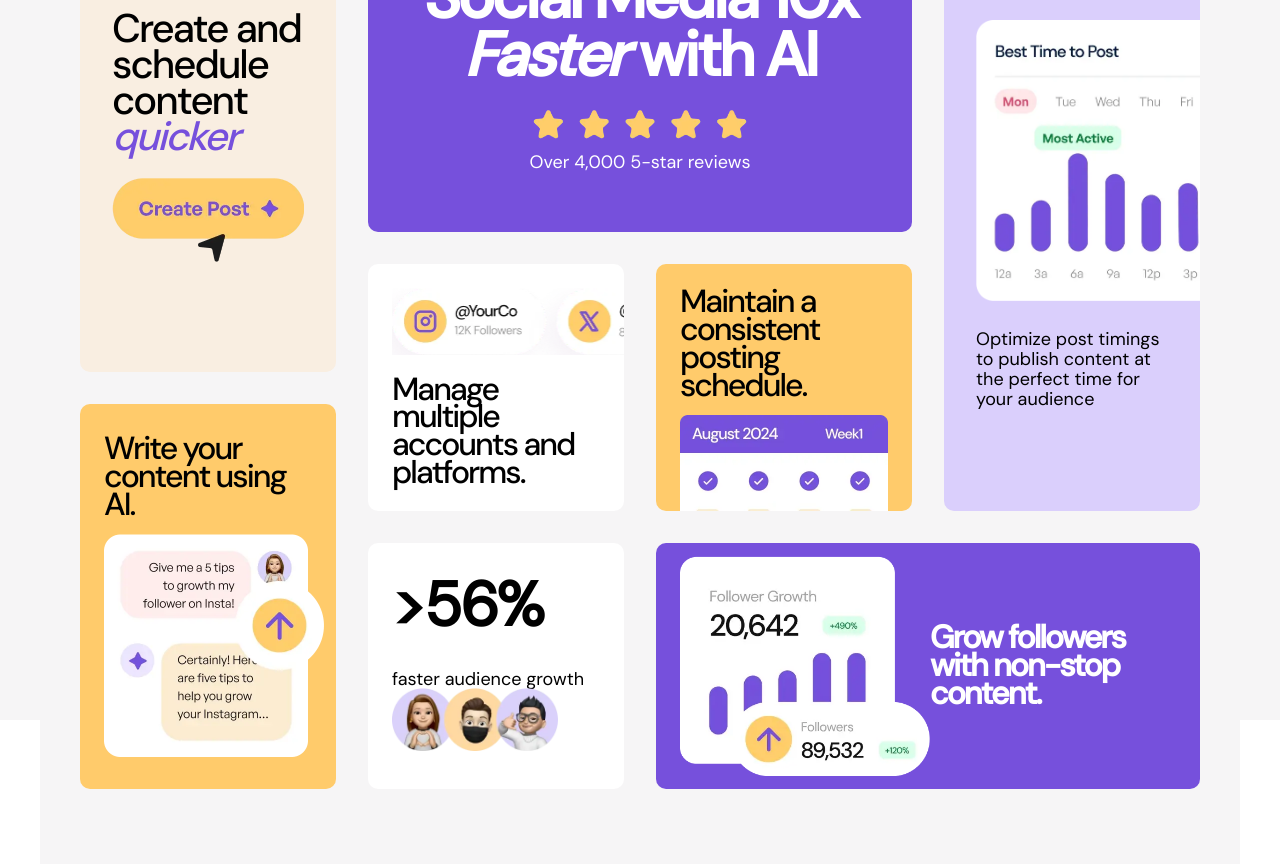
Repository: brandontaylor1/bento-grid
Page: index.html
An editor plug-in stored every save of this project. The page is shown before and after the next save, followed by the edit.
The browser window is 1280 px wide. The pictures show the whole page.

Above is the page before, as saved 2025-01-22 22:58:28.

### index.html
<!DOCTYPE html>
<html lang="en">
<head>
    <meta charset="UTF-8">
    <meta name="viewport" content="width=device-width, initial-scale=1.0">
    <link rel="stylesheet" href="styles.css">
    <title>Bento Grid</title>
</head>
<body>
    <main class="container">
        <div class="grid-container">
            <div class="grid-item-1">
                <h1>Social Media <span>10x </span><em>Faster </em>with AI </h1>
                <img src="./assets/images/illustration-five-stars.webp" alt="five star images">
                <p>Over 4,000 5-star reviews</p>
            </div>
            <div class="grid-item-2">
                <img src="./assets/images/illustration-multiple-platforms.webp" alt="two social media images">
                <h3>Manage multiple accounts and platforms.</h3>
            </div>
            <div class="grid-item-3">
                <h3>Maintain a consistent <br> posting schedule.</h3>
                <img src="./assets/images/illustration-consistent-schedule.webp" alt="schedule">
            </div>
            <div class="grid-item-4">
                <h3>Schedule to social media.</h3>
                <img src="./assets/images/illustration-schedule-posts.webp" alt="schedule of posts">
                <p>Optimize post timings to publish content at the perfect time for your audience</p>
            </div>
            <div class="grid-item-5">
                <img src="./assets/images/illustration-grow-followers.webp" alt="follower growth">
                <h3>Grow followers with non-stop content.</h3>
            </div>
            <div class="grid-item-6">
                <h2> >56%</h2>
                <div>
                    <p>faster audience growth</p>
                    <img src="./assets/images/illustration-audience-growth.webp" alt="pictures of cartoon audience">
                </div>
            </div>
            <div class="grid-item-7">
                <h2>Create and schedule content <em>quicker</em></h2>
                <img src="./assets/images/illustration-create-post.webp" alt="create post image">
            </div>
            <div class="grid-item-8">
                <h3>Write your content using AI.</h3>
                <img src="./assets/images/illustration-ai-content.webp" alt="Ai Content Image">
            </div>
        </div>
    </main>

</body>
</html>

### styles.css

@font-face {
    font-family: "DMSans-Medium";
    src: url('./assets/fonts/DMSans-Medium.ttf') format('truetype');
    font-weight: 500;
    font-style: normal;
}

@font-face {
    font-family: "DMSans-MediumItalic";
    src: url('./assets/fonts/DMSans-MediumItalic.ttf') format('truetype');
    font-weight: 500;
    font-style: italic;
}

@font-face {
    font-family: "DMSans-Regular";
    src: url('./assets/fonts/DMSans-Regular.ttf') format('truetype');
    font-weight: 400;
    font-style: normal;
}

* {
    margin: 0;
    padding: 0;
    box-sizing: border-box;

}

:root {

    /* COLORS */
    --purple100: hsl(254, 88%, 90%);
    --purple500: hsl(256, 67%, 59%);

    --yellow100: hsl(31, 66%, 93%);
    --yellow500: hsl(39, 100%, 71%);

    --white: hsl(0, 0%, 100%);
    --black: hsl(0, 0%, 0%);
    --font-black: #121212;

    --spacing-5: 40px;
    --spacing-4: 32px;
    --spacing-3: 24px;
    --spacing-2: 16px;
    --spacing-1: 8px;

    /* TYPOGRAPHY */
    --font-family-regular: "DMSans-Regular", sans-serif;
    --font-family-medium: "DMSans-Medium", sans-serif;

    --font-size-h1: 62px;
    --line-height-h1: 93.5%;
    --letter-spacing-h1: -3px;

    --font-size-h2: 40px;
    --line-height-h2: 90%;
    --letter-spacing-h2: -2px;

    --font-size-h3: 32px;
    --line-height-h3: 87.5%;
    --letter-spacing-h3: -2px;

    --font-size-p: 18px;
    --line-height-p: 111%;
    --letter-spacing-p: 0px;
}

/* TYPOGRAPHY */
h1 {
    font-family: var(--font-family-medium);
    font-size: var(--font-size-h1);
    line-height: var(--line-height-h1);
    letter-spacing: var(--letter-spacing-h1);
}

h2 {
    font-family: var(--font-family-medium);
    font-size: var(--font-size-h2);
    line-height: var(--line-height-h2);
    letter-spacing: var(--letter-spacing-h2);
}

h3 {
    font-family: var(--font-family-medium);
    font-size: var(--font-size-h3);
    line-height: var(--line-height-h3);
    letter-spacing: var(--letter-spacing-h3);
}

p {
    font-family: var(--font-family-regular);
    font-size: var(--font-size-p);
    line-height: var(--line-height-p);
    letter-spacing: var(--letter-spacing-p);

}

.container {
    height: 100vh;
    width: 100%;
    background-color: #F6F5F6;
    display: flex;
    justify-content: center;
    align-items: center;
}

.grid-container {
    width: auto;
    max-width: 1440px;
    display: grid;
    grid-template-areas:
    " a a b b b b c c"
    " a a b b b b c c"
    " a a d d e e c c"
    " f f d d e e c c"
    " f f g g h h h h"
    " f f g g h h h h";
    gap: 32px;
    padding: 52px 40px 75px 40px;
    background-color: #F6F5F6;
}

.grid-item-1 {
    background-color: var(--purple500);
    color: var(--white);
    padding: 32px;
    border-radius: 10px;
    width: 544px;
    height: 324px;
    grid-area: b;
    display: flex;
    flex-direction: column;
    align-items: center;
    justify-content: center;
    text-align: center;
}

.grid-item-1 img {
    width: 220px;
    padding-top: 24px;
    padding-bottom: 8px;
}

.grid-item-2 {
    grid-area: d;
    width: 256px;
    height: auto;
    padding: 24px;
    border-radius: 10px;
    overflow: hidden;
    background-color: var(--white);
    display: flex;
    flex-direction: column;
    align-items: flex-start;
    justify-content: space-between;
}

.grid-item-2 h3 {
    font-weight: 400;
}

.grid-item-2 img {
    width: 316px;
}

.grid-item-3 {
    grid-area: e;
    width: 256px;
    height: 247px;
    padding: 24px 24px 0 24px;
    border-radius: 10px;
    background-color: var(--yellow500);
    overflow: hidden;
}

.grid-item-3 h3 {
    font-weight: 400;
}

.grid-item-3 img {
    width: 100%;
    padding-top: 16px;
}

.grid-item-4 {
    grid-area: c;
    width: 256px;
    height: auto;
    padding: 32px;
    flex-direction: column;
    align-items: flex-start;
    justify-content: space-between;
    border-radius: 10px;
    background-color: var(--purple100);
    overflow: hidden;
}

.grid-item-4 img {
    width: 315px;
    padding: 24px 0;
}

.grid-item-4 h3 {
    font-weight: 400;
}

.grid-item-4 p {
    width: 100%;
}

.grid-item-5 {
    grid-area: h;
    width: 544px;
    height: 246px;
    padding: 24px;
    border-radius: 10px;
    background-color: var(--purple500);
    display: flex;
    flex-direction: row;
    align-items: center;
}

.grid-item-5 img {
    width: 250px;
}

.grid-item-5 h3 {
    color: var(--white);
    font-size: var(--font-size-h3);
}

.grid-item-6 {
    grid-area: g;
    width: 256px;
    height: 246px;
    padding: 24px;
    border-radius: 10px;
    background-color: var(--white);
    display: flex;
    flex-direction: column;
    align-items: flex-start;
    justify-content: space-around;
}

.grid-item-6 h2 {
    padding-bottom: 15px;
    font-size: var(--font-size-h1);
    font-family: var(--font-family-regular);
}

.grid-item-6 img {
    width: 80%;
}

.grid-item-7 {
    background-color: var(--yellow100);
    width: 256px;
    height: auto;
    padding: 32px;
    border-radius: 10px;
    display: flex;
    flex-direction: column;
    align-items: center;
    justify-content: center;
    grid-area: a;
}

.grid-item-7 em {
    color: var(--purple500);
}

.grid-item-7 h2 {
    font-weight: 400;
}


.grid-item-7 img {
    width: 100%;
    padding-top: 24px;
}

.grid-item-8 {
    grid-area: f;
    width: 256px;
    height: auto;
    padding: 24px;
    display: flex;
    flex-direction: column;
    align-items: flex-start;
    justify-content: space-around;
    border-radius: 10px;
    background-color: var(--yellow500);
}

.grid-item-8 h3 {
    font-weight: 400;
}

.grid-item-8 img {
    height: auto;
    width: 220px;
}

/* RESPONSIVE */

/* TABLET */
@media screen and (max-width: 978px) {
    .container {
        height: auto;
        background-color: #F6F5F6;
    }

    .grid-container {
        display: grid;
        grid-template-areas:
        " b b b b "
        " d d e e "
        " c c c c "
        " h h h h "
        " g g g g "
        " a a f f ";
        gap: var(--spacing-4);
        padding: 32px 16px;
        width: auto;
    }

    .grid-item-1 {
        width: 100%;
    }

    .grid-item-2 {
        width: 100%;
    }

    .grid-item-3 {
        width: 100%;
    }

    .grid-item-4 {
        width: 100%;
        display: flex;
        flex-direction: column;
        align-items: center;
        justify-content: center;
    }

    .grid-item-4 img {
        width: 90%;
        padding: 24px 0;
    }

    .grid-item-5 {
        width: 100%;

    }

    .grid-item-6 {
        width: 100%;
    }

    .grid-item-6 img {
        width: 50%;
    }

    .grid-item-7 {
        width: 100%;
    }

    .grid-item-8 {
        width: 100%;
    }

}



/* MOBILE */
@media screen and (max-width: 480px) {
    .container {
        height: auto;
        background-color: #F6F5F6;
    }

    .grid-container {
        display: grid;
        grid-template-areas:
        "a"
        "b"
        "c"
        "d"
        "e"
        "f"
        "g"
        "h";
        gap: var(--spacing-4);
        width: auto;
    }

    .grid-item-1 {
        background-color: var(--purple500);
        color: var(--white);
        text-align: center;
        padding: 40px 32px;
        border-radius: 10px;
        width: 100%;
        grid-area: a;
        height: auto;
    }

    .grid-item-1 h1 {
        padding-bottom: 24px;
    }

    .grid-item-1 img {
        width: 192px;
        padding-bottom: 8px;
    }

    .grid-item-1 span {
        color: var(--yellow500);
    }

    .grid-item-2 {
        background-color: var(--white);
        padding: 16px;
        border-radius: 10px;
        grid-area: b;
    }
    .grid-item-2 img {
        width: 100%;
    }

    .grid-item-2 h3 {
        color: #121212;
    }

    .grid-item-3 {
        background-color: var(--yellow500);
        padding: 16px;
        border-radius: 10px;
        overflow: hidden;
        grid-area: c;
    }

    .grid-item-3 img {
        width: 288px;
        height: auto;
        padding-top: 16px;
        margin-bottom: -40px;
    }

    .grid-item-4 {
        background-color: var(--purple100);
        padding: 32px;
        border-radius: 10px;
        text-align: center;
        grid-area: d;
    }

    .grid-item-4 img {
        width: 100%;
        padding: 24px 0;

    }

    .grid-item-5 {
        background-color: var(--purple500);
        color: var(--white);
        padding: 32px;
        border-radius: 10px;
        display: flex;
        flex-direction: column;
        align-items: center;
        justify-content: center;
        text-align: center;
        grid-area: e;
        height: auto;
    }

    .grid-item-5 img {
        padding-bottom: 40px;
        width: 228px;
        height: auto;
    }

    .grid-item-5 h3 {
        width: 257px;
        height: auto;
    }

    .grid-item-6 {
        background-color: var(--white);
        padding: 16px;
        border-radius: 10px;
        text-align: left;
        padding: 24px;
        grid-area: f;
    }

    .grid-item-6 h2 {
        padding-bottom: 15px;
    }

    .grid-item-6 img {
       width: 50%;
       padding-top: 24px;

    }

    .grid-item-7 {
        background-color: var(--yellow100);
        padding: 32px;
        border-radius: 10px;
        text-align: left;
        grid-area: g;
    }

    .grid-item-7 img {
        width: 65%;
        padding-top: 24px;
    }

    .grid-item-7 em {
        color: var(--purple500);
    }

    .grid-item-8 {
        background-color: var(--yellow500);
        padding: 24px;
        border-radius: 10px;
        text-align: left;
        grid-area: h;
    }

    .grid-item-8 img {
        width: 75%;
        padding-top: 24px;
    }


}

After the next save:
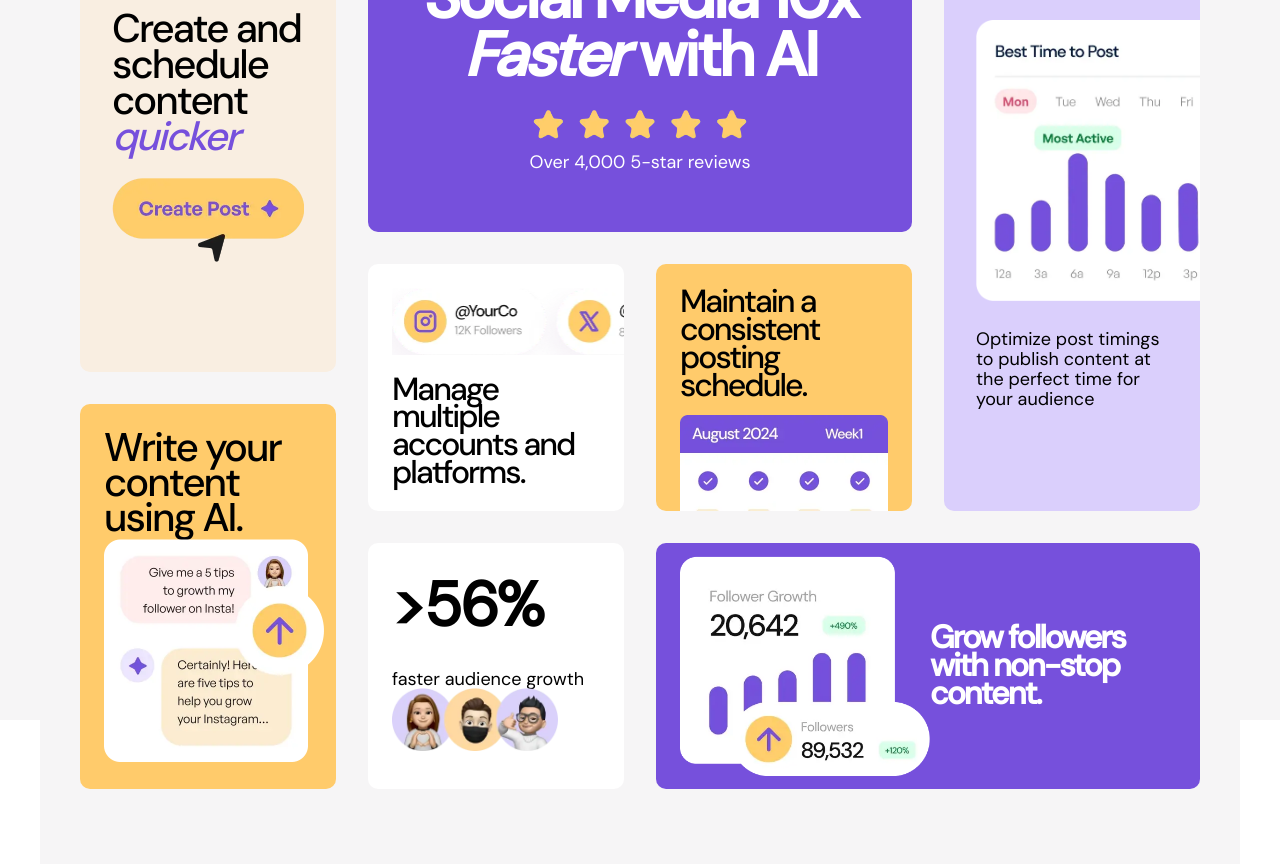
Saved 15 s later.
--- a/styles.css
+++ b/styles.css
@@ -296,6 +296,7 @@
 
 .grid-item-8 h3 {
     font-weight: 400;
+    font-size: var(--font-size-h2);
 }
 
 .grid-item-8 img {

After the save that followed:
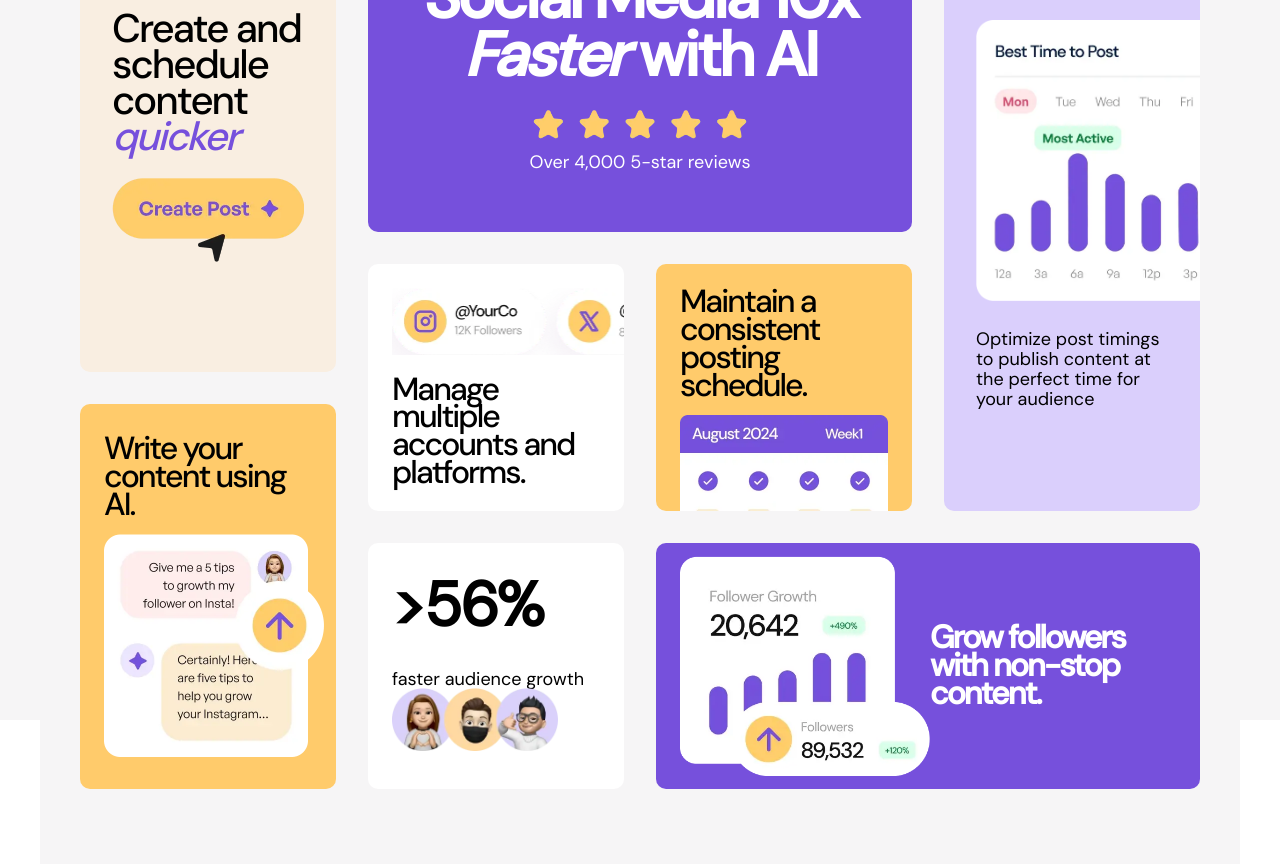
Saved 13 s later.
--- a/styles.css
+++ b/styles.css
@@ -296,7 +296,7 @@
 
 .grid-item-8 h3 {
     font-weight: 400;
-    font-size: var(--font-size-h2);
+    font-size: var(--font-size-h3);
 }
 
 .grid-item-8 img {
